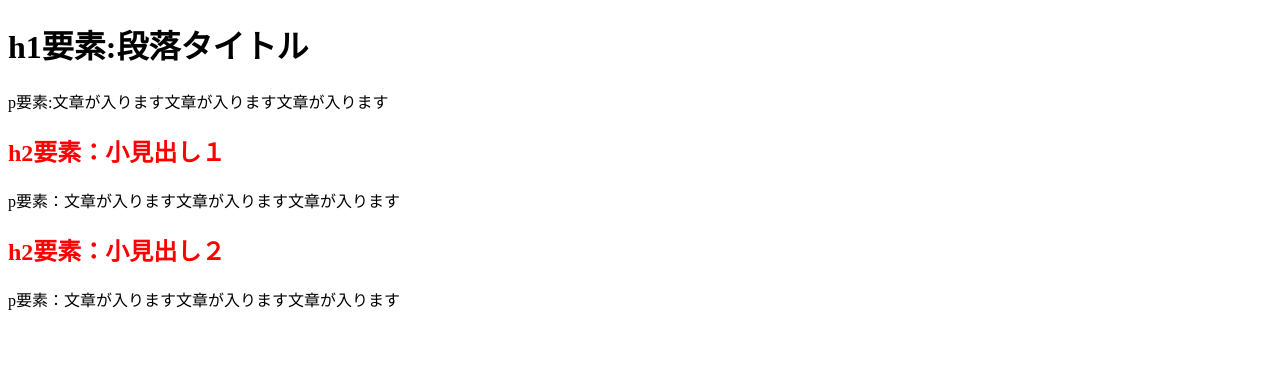
Repository: kenta0810/samurai_html-css
Page: index.html
The author's editor kept a record of every edit. The page is drawn from the files as they stood at one moment, then again after the next edit.
The browser window is 1280 px wide. The pictures show the whole page.

Above is the page before.

### index.html
<!DOCTYPE html>
<html lang="ja">
  <head>
    <meta charset="UTF-8">
    <title>HTML/CSSの学習</title>
    <style>
      h2 {
        color: red;
      }
    </style>
  </head>
  <body>
    <h1>h1要素:段落タイトル</h1>
    <p>p要素:文章が入ります文章が入ります文章が入ります</p>
    <h2>h2要素：小見出し１</h2>
    <p>p要素：文章が入ります文章が入ります文章が入ります</p>
    <h2>h2要素：小見出し２</h2>
    <P>p要素：文章が入ります文章が入ります文章が入ります</P>
  </body>
</html>

After the next edit:
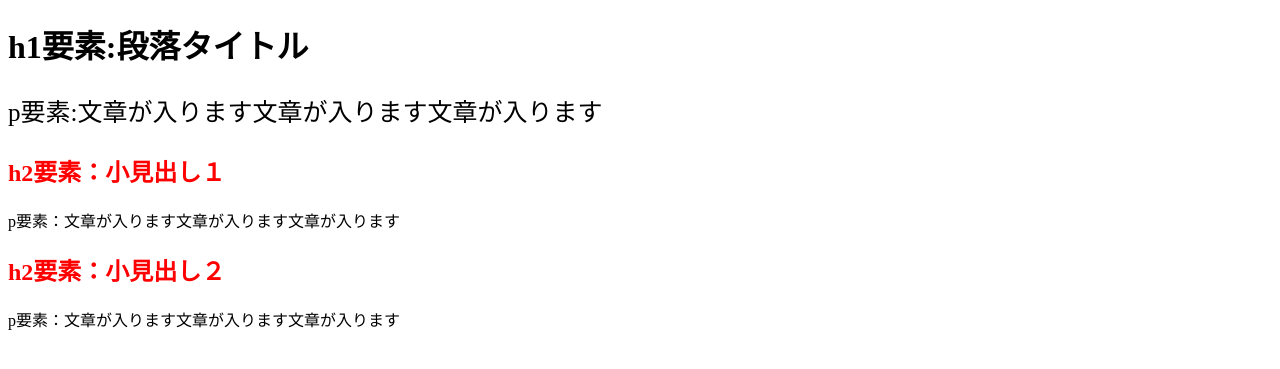
The edit:
--- a/index.html
+++ b/index.html
@@ -11,7 +11,9 @@
   </head>
   <body>
     <h1>h1要素:段落タイトル</h1>
-    <p>p要素:文章が入ります文章が入ります文章が入ります</p>
+    <p style="font-size: 25px;">
+      p要素:文章が入ります文章が入ります文章が入ります
+    </p>
     <h2>h2要素：小見出し１</h2>
     <p>p要素：文章が入ります文章が入ります文章が入ります</p>
     <h2>h2要素：小見出し２</h2>
